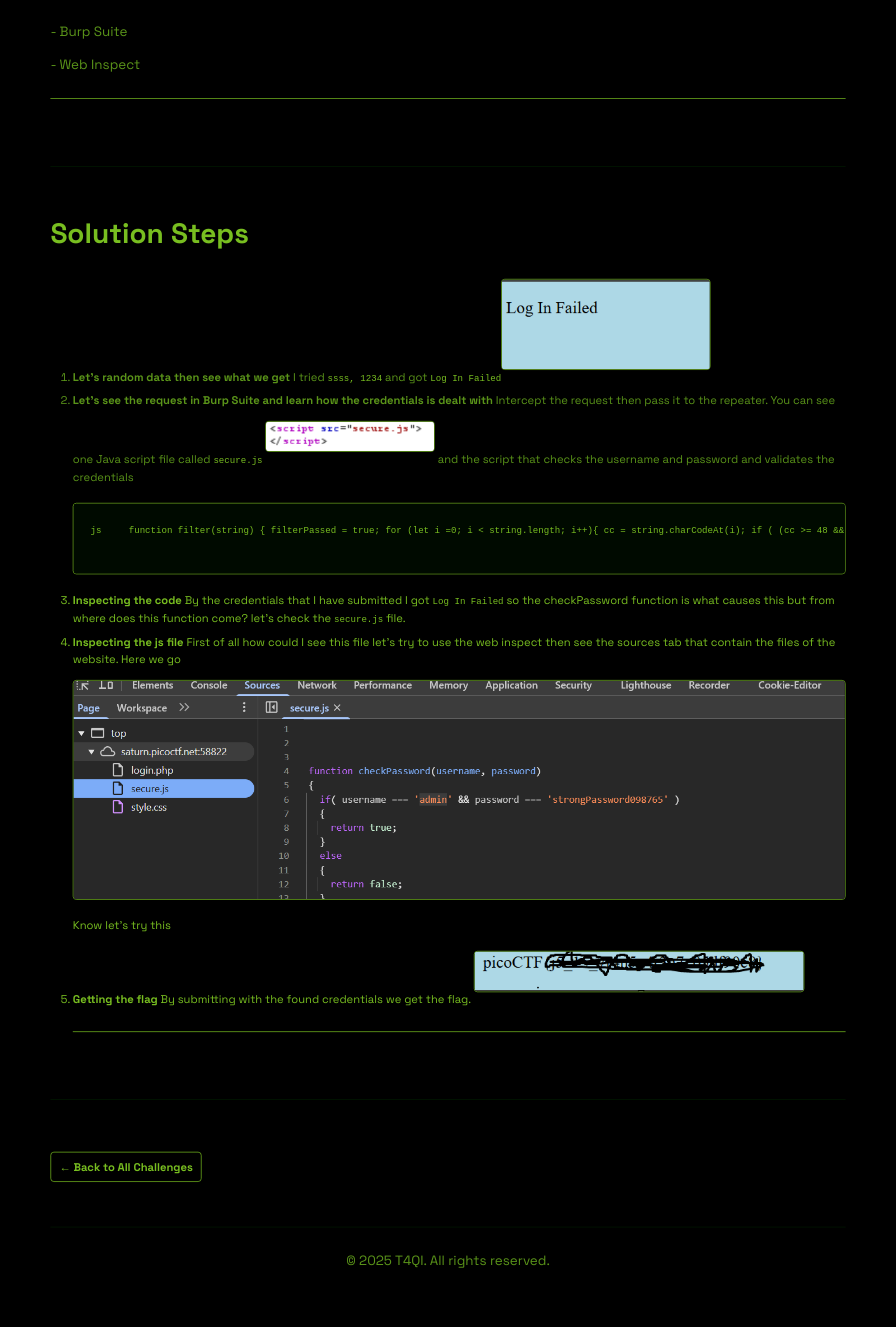
Repository: mohamedsoliman-tq/Website
Page: blogs/picoCTF/localauth.html
The author's editor kept a copy of each file at every save. The page is drawn from the files as they stood at one save, then again after a run of saves.
The browser window is 1280 px wide. The pictures show the part of the page from y = 1269 to 3189 px (the page is 3164 px tall before and 3189 px after), at 70% of full size.

Above is the page before, as saved 2025-03-13 01:53:12.

After the next 3 saves:
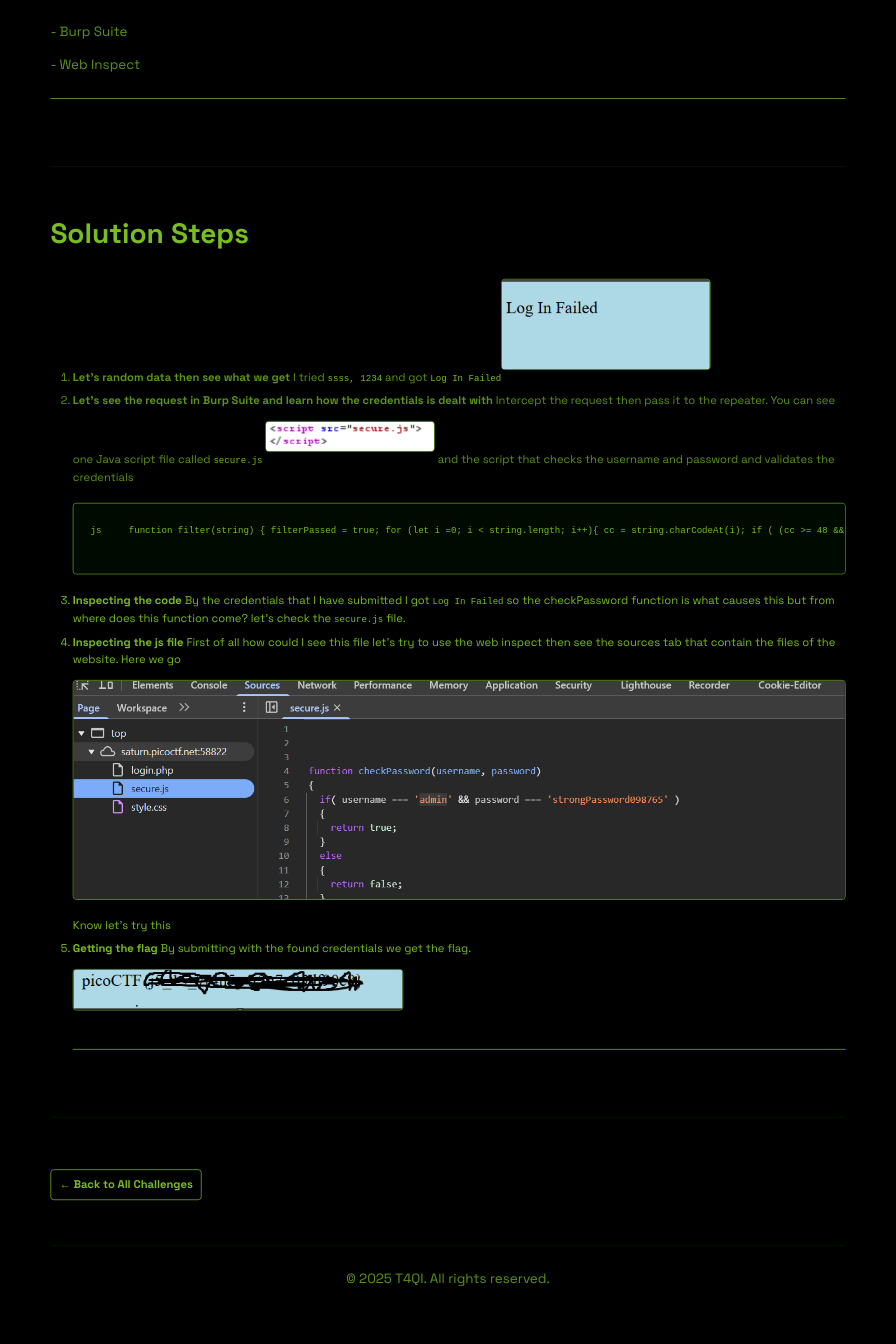
The 3 saves are shown as one change because they came seconds apart.
The last was saved 23 s later.
--- a/blogs/picoCTF/localauth.html
+++ b/blogs/picoCTF/localauth.html
@@ -76,7 +76,7 @@
                     Know let's try this
                 </li>
                 <li><strong>Getting the flag</strong> By submitting with the found credentials we get the flag.
-                    <bl></bl><img src="pics/la4.png" alt="Pasted image 20250312231319.png">
+                    <br><img src="pics/la4.png" alt="Pasted image 20250312231319.png">
                     <hr>
                 </li>
 </ol></code></pre>
